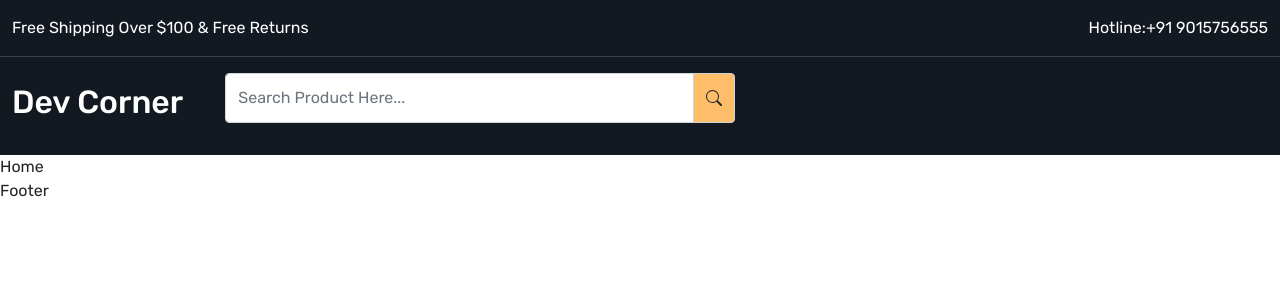
Repository: anamikatomar21/demo
Page: /
The author's editor kept a copy of each file at every save. The page is drawn from the files as they stood at one save, then again after the next save.
The browser window is 1280 px wide. The pictures show the whole page.
The project was rebuilt for these pictures with package versions that can differ from the ones it lists, and the page was loaded fresh each time. Also part of the build but not shown: src/pages/About.js, src/pages/Contact.js.

Above is the page before, as saved 2023-05-13 15:41:41.

### public/index.html
<!DOCTYPE html>
<html lang="en">
  <head>
    <meta charset="utf-8" />
    <link rel="icon" href="%PUBLIC_URL%/favicon.ico" />
    <meta name="viewport" content="width=device-width, initial-scale=1" />
    <meta name="theme-color" content="#000000" />
    <meta
      name="description"
      content="Web site created using create-react-app"
    />
    <link rel="apple-touch-icon" href="%PUBLIC_URL%/logo192.png" />
    <link
      href="https://cdn.jsdelivr.net/npm/bootstrap@5.0.2/dist/css/bootstrap.min.css"
      rel="stylesheet"
      integrity="sha384-EVSTQN3/azprG1Anm3QDgpJLIm9Nao0Yz1ztcQTwFspd3yD65VohhpuuCOmLASjC"
      crossorigin="anonymous"
    />
    <link rel="manifest" href="%PUBLIC_URL%/manifest.json" />
    <link rel="preconnect" href="https://fonts.googleapis.com" />
    <link rel="preconnect" href="https://fonts.gstatic.com" crossorigin />
    <link
      href="https://fonts.googleapis.com/css2?family=Rubik:ital,wght@0,300;0,400;0,500;0,800;1,600&display=swap"
      rel="stylesheet"
    />
    <title>Ecommerce App</title>
  </head>
  <body>
    <noscript>You need to enable JavaScript to run this app.</noscript>
    <div id="root"></div>
    <script
      src="https://cdn.jsdelivr.net/npm/bootstrap@5.0.2/dist/js/bootstrap.bundle.min.js"
      integrity="sha384-MrcW6ZMFYlzcLA8Nl+NtUVF0sA7MsXsP1UyJoMp4YLEuNSfAP+JcXn/tWtIaxVXM"
      crossorigin="anonymous"
    ></script>
  </body>
</html>

### src/App.js
import React from "react";
import { BrowserRouter, Routes, Route } from "react-router-dom";
import "./App.css";
import Layout from "./components/Layout";
import Home from "./pages/Home";
import About from "./pages/About";
import Contact from "./pages/Contact";

function App() {
  return (
    <>
      <BrowserRouter>
        <Routes>
          <Route path="/" element={<Layout />}>
            <Route index element={<Home />} />
            <Route path="about" element={<About />} />
            <Route path="contact" element={<Contact />} />
          </Route>
        </Routes>
      </BrowserRouter>
    </>
  );
}

export default App;

### src/App.css
* {
  margin: 0;
  padding: 0;
  box-sizing: border-box;
}

:root {
  --color-131921: #131921;
  --color-3b4149: #3b4149;
  --color-febd69: #febd69;
}
body {
  font-family: "Rubik", sans-serif;
}

a {
  text-decoration: none;
  display: inline-block;
}
.form-control:focus {
  border-color: inherit;
  box-shadow: none;
}
/* Header Part */

.header-top-strip {
  background-color: var(--color-131921);
  border-bottom: 1px solid var(--color-3b4149);
}

.header-upper {
  background-color: var(--color-131921);
}

.header-upper .input-group-text {
  background-color: var(--color-febd69);
}
/* Header Part End Here*/

### src/components/Layout.js
import React from "react";
import { Outlet } from "react-router-dom";
import Footer from "./Footer";
import Header from "./Header";

const Layout = () => {
  return (
    <>
      <Header />
      <Outlet />
      <Footer />
    </>
  );
};

export default Layout;

### src/components/Header.js
import React from "react";
import { NavLink, Link } from "react-router-dom";
import { BsSearch } from "react-icons/bs";

const Header = () => {
  return (
    <>
      <header className="header-top-strip py-3">
        <div className="container-xxl">
          <div className="row">
            <div className="col-6">
              <p className="text-white mb-0">
                Free Shipping Over $100 & Free Returns
              </p>
            </div>
            <div className="col-6">
              <p className="text-end text-white mb-0">
                Hotline:
                <a href="tel:+91 9015756555" className="text-white">
                  +91 9015756555
                </a>
              </p>
            </div>
          </div>
        </div>
      </header>

      <header className="header-upper py-3">
        <div className="container-xxl">
          <div className="row align-items-center">
            <div className="col-2">
              <h2>
                <Link className="text-white">Dev Corner</Link>
              </h2>
            </div>
            <div className="col-5">
              <div className="input-group mb-3">
                <input
                  type="text"
                  className="form-control py-2"
                  placeholder="Search Product Here..."
                  aria-label="Search Product Here..."
                  aria-describedby="basic-addon2"
                />
                <span className="input-group-text py-3" id="basic-addon2">
                  <BsSearch className="fs-6" />
                </span>
              </div>
            </div>
            <div className="col-5"></div>
          </div>
        </div>
      </header>
    </>
  );
};

export default Header;

Loaded but not shown: src/index.js (common file); src/pages/Home.js (common file); src/components/Footer.js (common file)

After the next save:
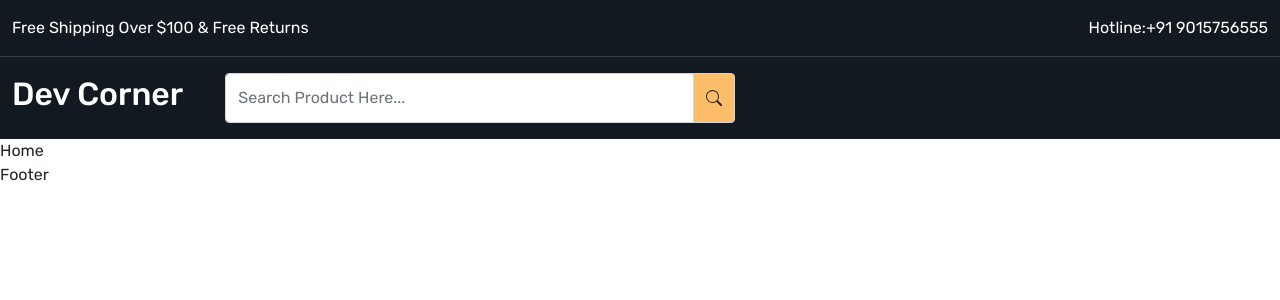
Saved 4 min 40 s later.
--- a/src/components/Header.js
+++ b/src/components/Header.js
@@ -34,7 +34,7 @@
               </h2>
             </div>
             <div className="col-5">
-              <div className="input-group mb-3">
+              <div className="input-group ">
                 <input
                   type="text"
                   className="form-control py-2"
